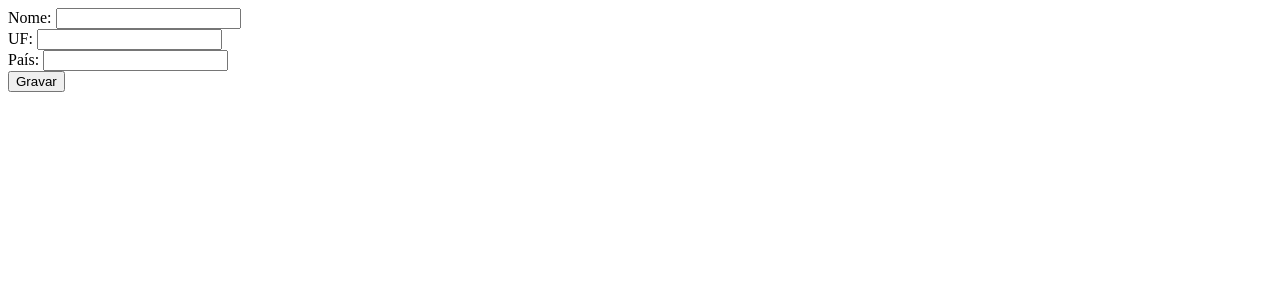
Repository: Maureci/forecast_workspace_project_fonts
Page: Forecast/WebContent/index.html
These files come from the project's save history. The page is drawn as it stood at one moment and after the next save; the edit follows.
The browser window is 1280 px wide. The pictures show the whole page.

Above is the page before, as saved 2017-04-02 04:32:53.

### Forecast/WebContent/index.html
<!DOCTYPE html>
<html>
<head>
<meta charset="ISO-8859-1">
<title>Forecast</title>
</head>
<body>
    <form action="adicionaCidades">
      Nome: <input type="text" name="nome" /><br />
      UF: <input type="text" name="uf" /><br />
      País: <input type="text" name="pais" /><br />

      <input type="submit" value="Gravar" />
    </form>
  </body>
</html>

After the next save:
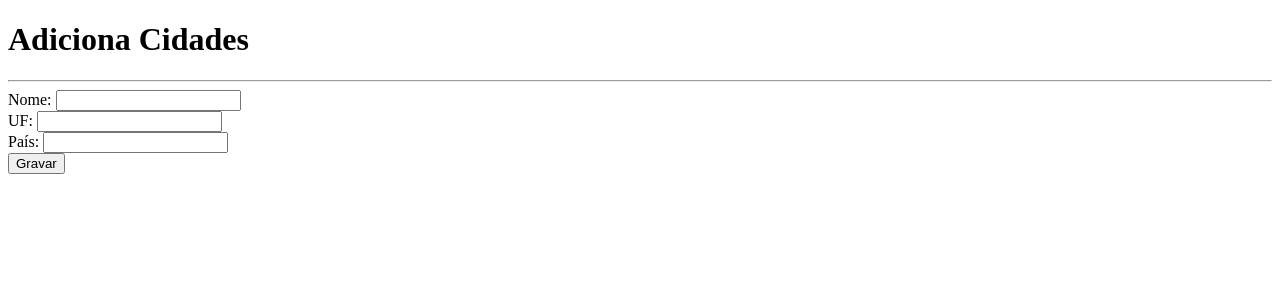
Saved 89 s later.
--- a/Forecast/WebContent/index.html
+++ b/Forecast/WebContent/index.html
@@ -5,7 +5,10 @@
 <title>Forecast</title>
 </head>
 <body>
-    <form action="adicionaCidades">
+	<body>
+    <h1>Adiciona Cidades</h1>
+    <hr />
+    <form action="adicionaCidade" method="POST">
       Nome: <input type="text" name="nome" /><br />
       UF: <input type="text" name="uf" /><br />
       País: <input type="text" name="pais" /><br />
